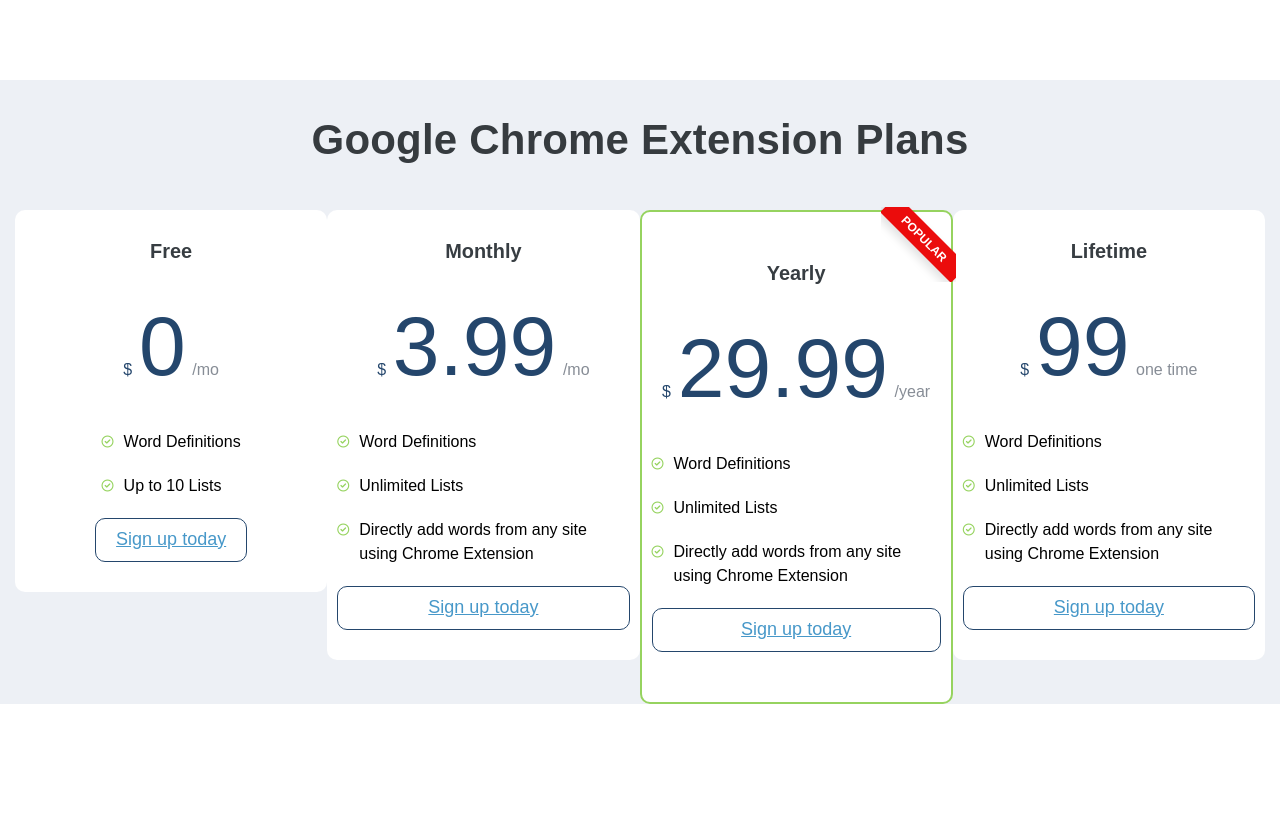
Repository: Novoselets28/chatos-test-task
Page: index.html
These files come from the project's save history. The page is drawn as it stood at one moment and after the next save; the edit follows.
The browser window is 1280 px wide. The pictures show the whole page.

Above is the page before, as saved 2023-04-19 21:26:20.

### index.html
<!DOCTYPE html>
<html lang="en">
<head>
    <meta charset="UTF-8">
    <meta http-equiv="X-UA-Compatible" content="IE=edge">
    <meta name="viewport" content="width=device-width, initial-scale=1.0">
    <link rel="stylesheet" type="text/css" href="index.css" />
    <link rel="stylesheet" href="https://cdnjs.cloudflare.com/ajax/libs/font-awesome/6.0.0/css/all.min.css">
    <link rel="preconnect" href="https://fonts.googleapis.com">
    <link rel="preconnect" href="https://fonts.gstatic.com" crossorigin>
    <link href="https://fonts.googleapis.com/css2?family=Arimo:wght@400;700&family=Rubik&display=swap" rel="stylesheet">
    <title>Document</title>
</head>
<body>
    <div class="page__extension extension">
        <div class="extension__container _container">
            <div class="extension__header header-block">
                <h2 class="header-block__title">Google Chrome Extension Plans</h2>
            </div>
            <div class="extension__items">
                <!-- Modern pricing table - Free -->
                <div class="extension__item item-extension">
                    <h5 class="item-extension__title">Free</h5>
                    <div class="item-extension__price price-item">
                        <span class="price-item__dollar">$</span>
                        <span class="price-item__number">0</span>
                        <span class="price-item__label">/mo</span>
                    </div>
                    <div class="item-extension__points">
                        <ul class="item-extension__point point-list">
                            <li class="point-list__item">
                                <i class="icon fa-regular fa-circle-check" style="color: #96d35f;"></i>
                                Word Definitions
                            </li>
                            <li class="point-list__item">
                                <i class="icon fa-regular fa-circle-check" style="color: #96d35f;"></i>
                                Up to 10 Lists
                            </li>
                        </ul>
                        <a href="https://boostvocab.com/register" class="item-extension__button">Sign up today</a>
                    </div>

                </div>
                <!-- END : Modern pricing table - Free -->
                <!-- Modern pricing table - MOnthly -->
                <div class="extension__item item-extension">
                    <h5 class="item-extension__title">Monthly</h5>
                    <div class="item-extension__price price-item">
                        <span class="price-item__dollar">$</span>
                        <span class="price-item__number">3.99</span>
                        <span class="price-item__label">/mo</span>
                    </div>
                    <div class="item-extension__points">
                        <ul class="item-extension__point point-list">
                            <li class="point-list__item">
                                <i class="icon fa-regular fa-circle-check" style="color: #96d35f;"></i>
                                Word Definitions
                            </li>
                            <li class="point-list__item">
                                <i class="icon fa-regular fa-circle-check" style="color: #96d35f;"></i>
                                Unlimited Lists
                            </li>
                            <li class="point-list__item">
                                <i class="icon fa-regular fa-circle-check" style="color: #96d35f;"></i>
                                Directly add words from any site using Chrome Extension
                            </li>
                        </ul>
                        <a target="new" href="https://buy.stripe.com/5kAdRpbLh3k71RS6oo" class="item-extension__button">Sign up today</a>
                    </div>
                </div>
                <!-- END : Modern pricing table - Monthly -->
                <!-- Modern pricing table - Yearly -->
                <div class="extension__item item-extension item-extension_active" style="z-index: 2;">
                    <div class="ribbon"><span>POPULAR</span></div>
                    <h5 class="item-extension__title">Yearly</h5>
                    <div class="item-extension__price price-item">
                        <span class="price-item__dollar">$</span>
                        <span class="price-item__number">29.99</span>
                        <span class="price-item__label">/year</span>
                    </div>
                    <div class="item-extension__points">
                       <ul class="item-extension__point point-list">
                            <li class="point-list__item">
                                <i class="icon fa-regular fa-circle-check" style="color: #96d35f;"></i>
                                Word Definitions
                            </li>
                            <li class="point-list__item">
                                <i class="icon fa-regular fa-circle-check" style="color: #96d35f;"></i>
                                Unlimited Lists
                            </li>
                            <li class="point-list__item">
                                <i class="icon fa-regular fa-circle-check" style="color: #96d35f;"></i>
                                Directly add words from any site using Chrome Extension
                            </li>
                        </ul>
                        <a target="new" href="https://buy.stripe.com/aEU6oX3eL6wjdAA7st" class="item-extension__button">Sign up today</a>
                    </div>
                </div>
                <!-- END : Modern pricing table - Yearly -->
                <!-- Modern pricing table - Lifetime -->
                <div class="extension__item item-extension">
                    <h5 class="item-extension__title">Lifetime</h5>
                    <div class="item-extension__price price-item">
                        <span class="price-item__dollar">$</span>
                        <span class="price-item__number">99</span>
                        <span class="price-item__label">one time</span>
                    </div>
                    <div class="item-extension__points">
                        <ul class="item-extension__point point-list">
                            <li class="point-list__item">
                                <i class="icon fa-regular fa-circle-check" style="color: #96d35f;"></i>
                                Word Definitions
                            </li>
                            <li class="point-list__item">
                                <i class="icon fa-regular fa-circle-check" style="color: #96d35f;"></i>
                                Unlimited Lists
                            </li>
                            <li class="point-list__item">
                                <i class="icon fa-regular fa-circle-check" style="color: #96d35f;"></i>
                                Directly add words from any site using Chrome Extension
                            </li>
                        </ul>
                        <a target="new" href="https://buy.stripe.com/4gwfZxbLh8Er54428a" class="item-extension__button">Sign up today</a>
                    </div>
                </div>
            </div>
            <!-- END : Modern pricing table - Lifetime -->
        </div>
    </div>
</body>
</html>

### index.css
*{
    margin: 0;
    padding: 0;
    box-sizing: border-box;
}

.page__extension {

}

.extension{
    padding: 80px 0px 136px 0px;
}

.extension__container{
    background-color: #edf0f5;
}

._container{
    max-width: 100%;
    padding: 0 15px;
    margin: 0 auto;
    box-sizing: content-box;
    font-family: 'Arimo', sans-serif;
}

.extension__header{
    margin: 0 0 40px 0;
    padding: 30px 0 0;
}

.header-block{
    text-align: center;
}

.header-block__title{
    font-size: 42px;
    letter-spacing: 0.2px;
    font-weight: 700;
    line-height: 142%;
    color: #363b3f;
}

.extension__items{
    display: flex;
    align-items: flex-start;
    font-family: inherit;
    font-size: 24px;
}

.extension__item{
    flex: 0 1 33.333%;
}

.item-extension{
    display: flex;
    flex-direction: column;
    justify-content: center;
    align-items: center;
    background-color: #fff;
    padding: 30px 0;
    border-radius: 10px;
}

.item-extension_active{
    border: 2px solid #96d35f;
    left: 0px;
    position: relative;
    top: 0px;
    padding: 50px 0;
}

.ribbon {
    width: 75px;
    height: 75px;
    position: absolute;
    top: -5px;
    right: -5px;
    overflow: hidden;
}

.ribbon span {
    position: absolute;
    font-family: 'Arimo', sans-serif;
    font-weight: bold;
    top: 20px;
    right: -18px;
    transform: rotate(45deg);
    width: 100px;
    background: #eb0c0c;
    padding: 5px 0;
    color: #fff;
    text-align: center;
    font-size: 12px;
    box-shadow: 0 5px 10px rgba(0,0,0,0.12);
}

.item-extension__title{
    color: #373d42;
    margin: 0 0 35px;
}

.item-extension__price{
    color: #24466c;
}

.price-item{
    margin: 0 0 25px;
    font-size: 24px;
    font-family: 'Poppins', sans-serif;
    font-weight: lighter;
}

.price-item__dollar{
    font-size: 16px;
}

.price-item__number{
    text-transform: uppercase;
    font-size: 84px;
}

.price-item__label{
    color: #878d96;
    font-size: 16px;
}

.item-extension__points{
    display: flex;
    flex-direction: column;
    justify-content: center;
    align-items: center;
    margin: 0 10px;
}

.item-extension__point{
    color: inherit;
    font-weight: 400;
    line-height: 150%;
    font-size: 16px;
    display: flex;
    flex-direction: column;
    justify-content: space-around;
    align-items: center;
    margin: 0 0 10px;
}

.point-list{

}

.point-list__item .icon{
    content: "f058";
    font-family: "Font Awesome 6 Free";
    font-size: 12px;
    line-height: 2;
    padding: 0 10px 0 0;
}

.point-list__item{
    list-style-type: none;
    display: flex;
    justify-content: flex-start;
    width: 100%;
    padding: 10px 0;
}

.point-list__icon{

}

.item-extension__button{
    border: 1px solid #24466c;
    min-height: 44px;
    display: flex;
    font-weight: 400;
    justify-content: center;
    align-items: center;
    line-height: 120%;
    padding: 5px 20px;
    text-align: center;
    border-radius: 10px;
    width: 100%;
    color: #4798c9;
    font-size: 18px;
}

After the next save:
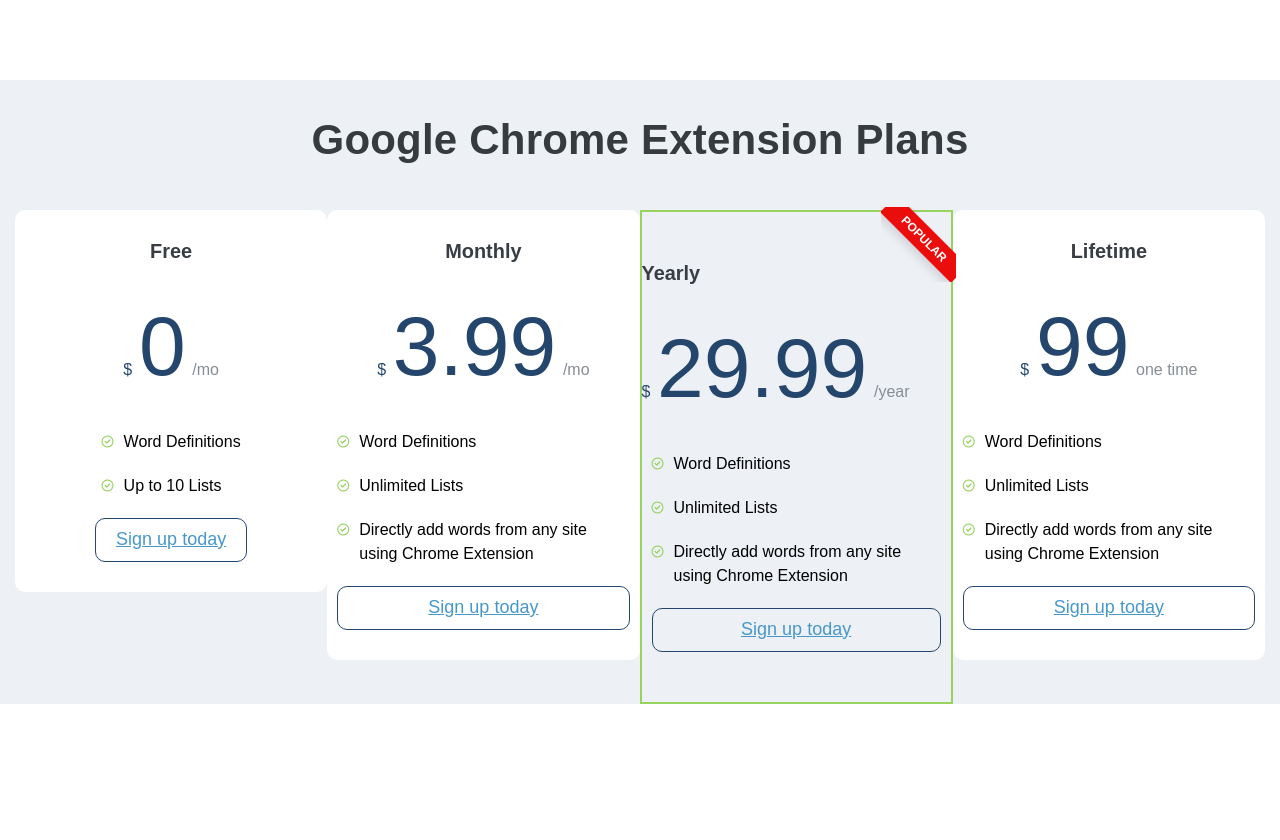
Saved 6 min 33 s later.
--- a/index.html
+++ b/index.html
@@ -70,7 +70,7 @@
                 </div>
                 <!-- END : Modern pricing table - Monthly -->
                 <!-- Modern pricing table - Yearly -->
-                <div class="extension__item item-extension item-extension_active" style="z-index: 2;">
+                <div class="extension__item item-extension_active" style="z-index: 2;">
                     <div class="ribbon"><span>POPULAR</span></div>
                     <h5 class="item-extension__title">Yearly</h5>
                     <div class="item-extension__price price-item">

After the save that followed:
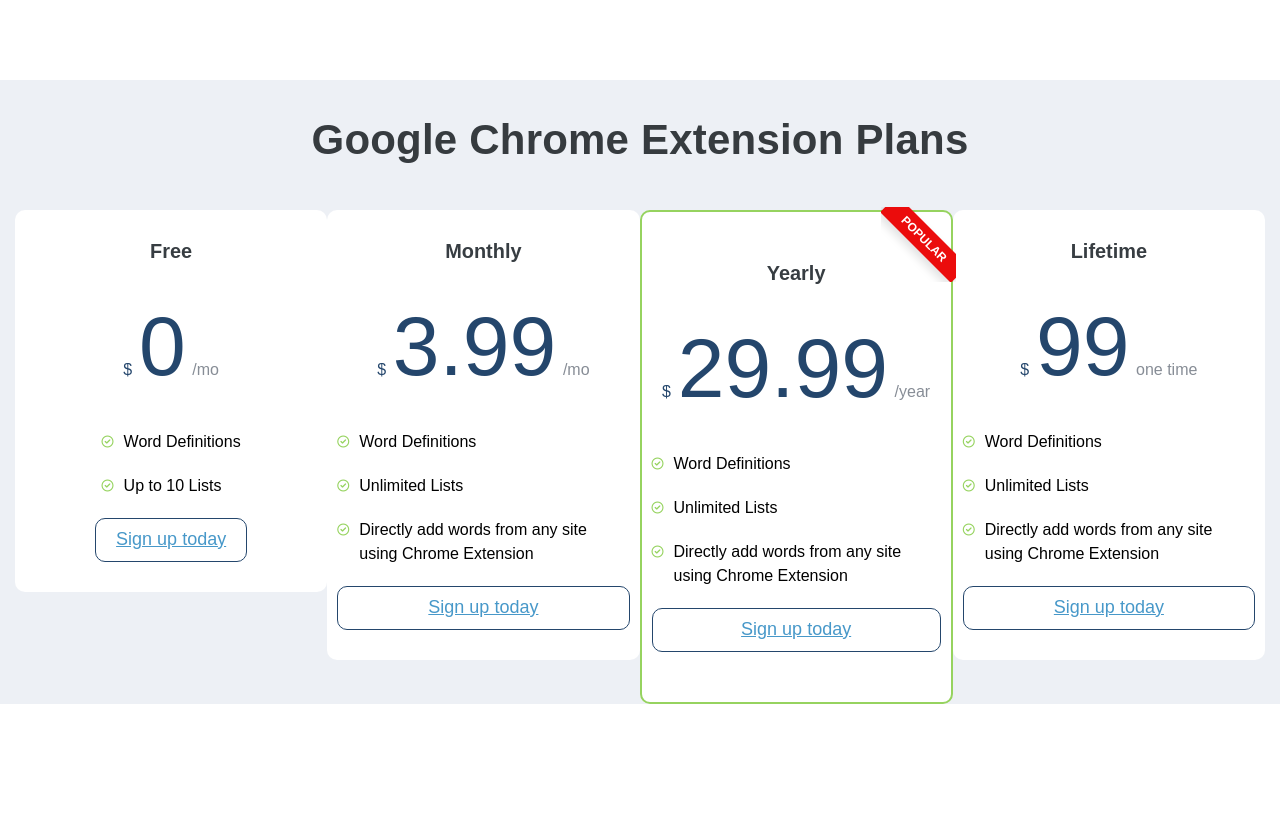
Saved 17 s later.
--- a/index.html
+++ b/index.html
@@ -70,7 +70,7 @@
                 </div>
                 <!-- END : Modern pricing table - Monthly -->
                 <!-- Modern pricing table - Yearly -->
-                <div class="extension__item item-extension_active" style="z-index: 2;">
+                <div class="extension__item item-extension item-extension_active" style="z-index: 2;">
                     <div class="ribbon"><span>POPULAR</span></div>
                     <h5 class="item-extension__title">Yearly</h5>
                     <div class="item-extension__price price-item">
